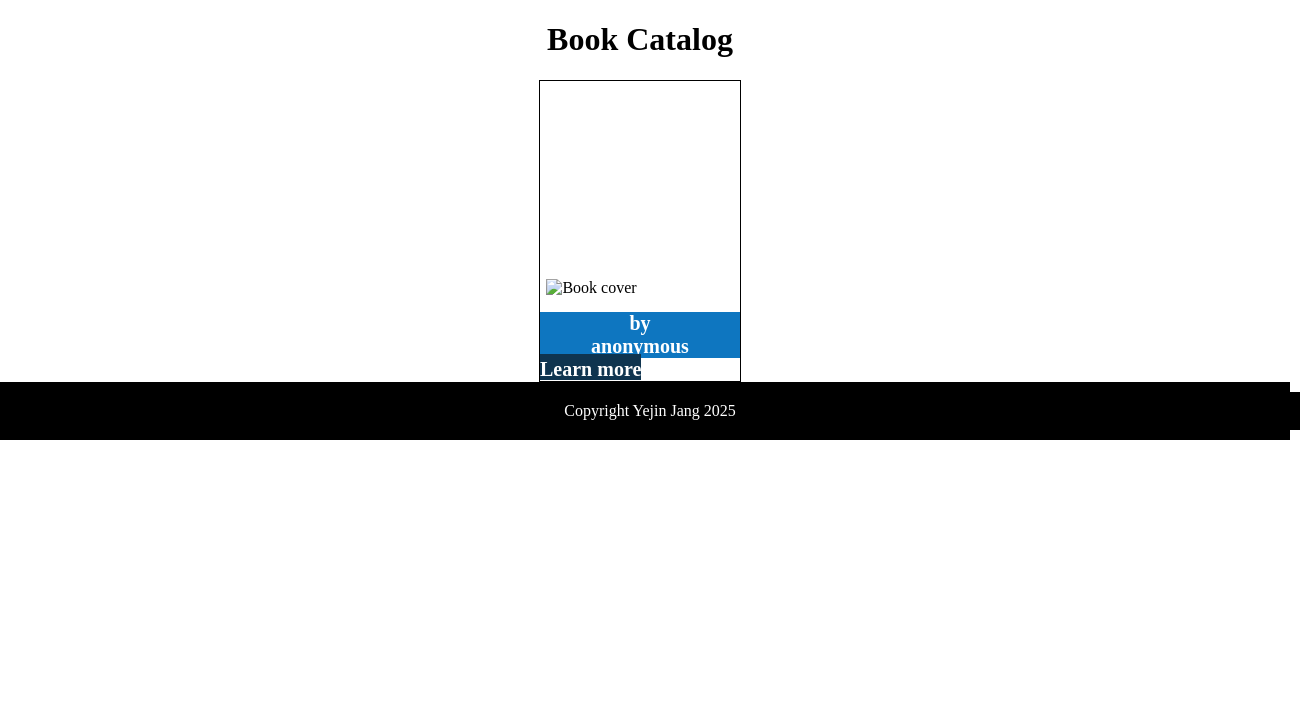
Repository: Yejin-Digital/Lab3-Assignment-BookCatalog
Page: /
The author's editor kept a copy of each file at every save. The page is drawn from the files as they stood at one save, then again after the next save.
The browser window is 1280 px wide. The page is 1300 px wide, so the pictures cover 1300 px, including what lies to the right of the window. The pictures show the whole page.
The project was rebuilt for these pictures with package versions that can differ from the ones it lists, and the page was loaded fresh each time. Also part of the build but not shown: vite.config.js.

Above is the page before, as saved 2025-09-13 04:20:17.

After the next save:
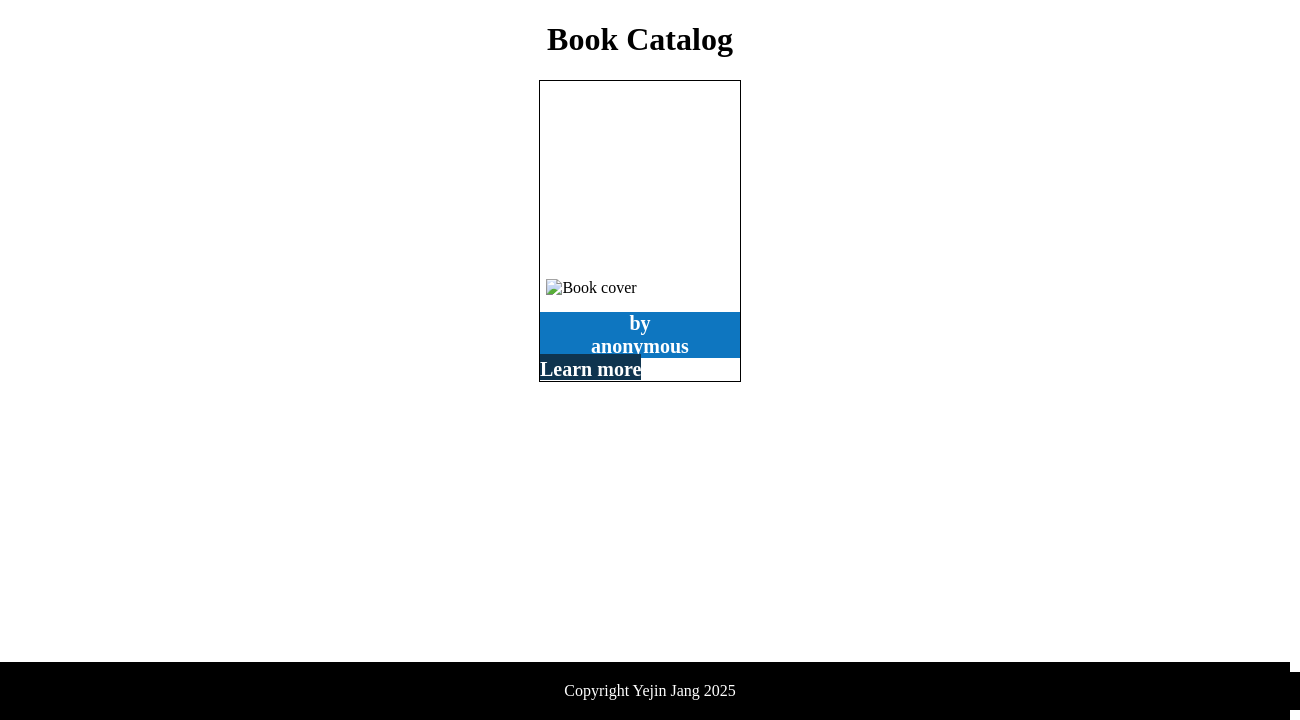
Saved 52 s later.
--- a/src/index.css
+++ b/src/index.css
@@ -1,5 +1,24 @@
 html {
   font-family: 'Times New Roman', Times, serif;
+}
+
+body {
+  margin: 0;
+  min-height: 100vh;
+  display: flex;
+  flex-direction: column;
+}
+
+#root {
+  flex: 1;
+}
+
+.footer-content {
+  background-color: #333;
+  color: white;
+  text-align: center;
+  padding: 20px;
+  margin-top: auto;
 }
 
 body {
